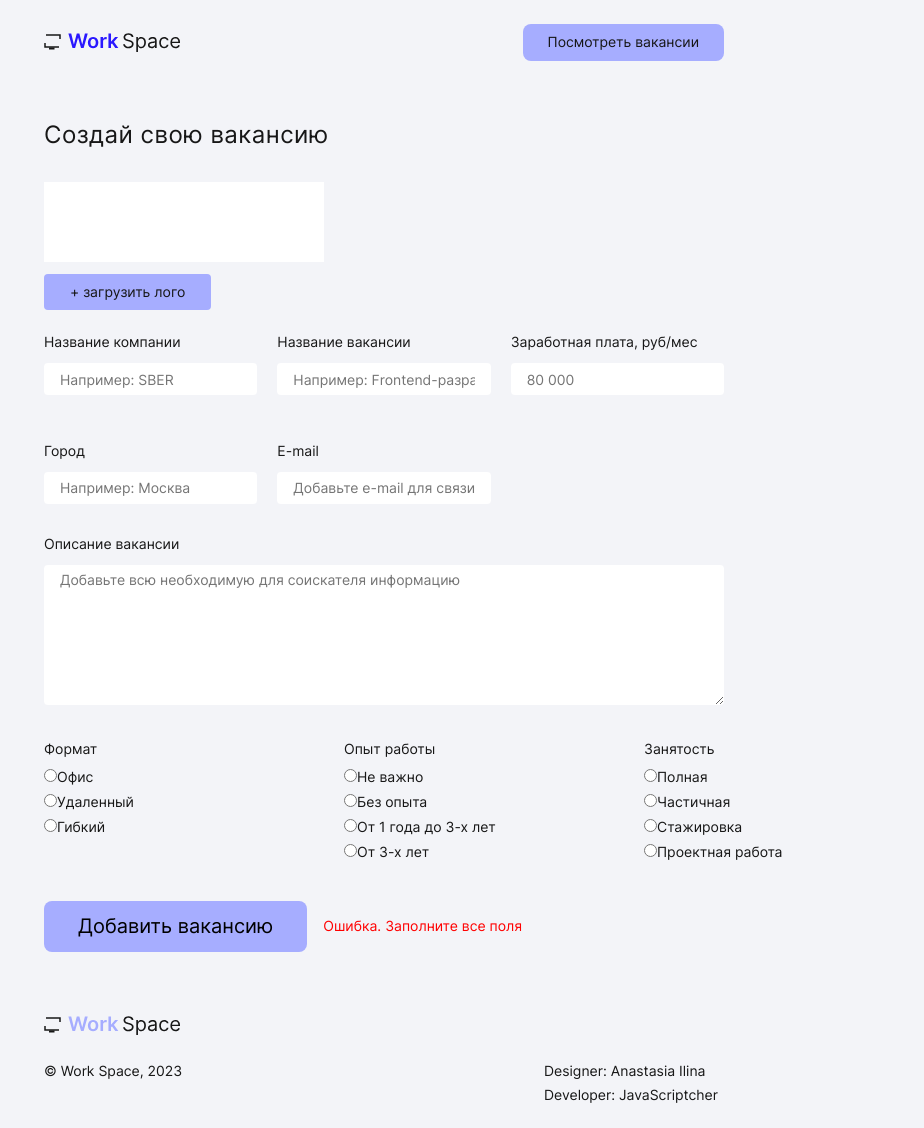
Repository: alexboagreek/workspace_js
Page: employer.html
These files come from the project's save history. The page is drawn as it stood at one moment and after the next save; the edit follows.
The browser window is 768 px wide. The page is 924 px wide, so the pictures cover 924 px, including what lies to the right of the window. The pictures show the whole page.

Above is the page before, as saved 2023-09-13 15:33:04.
Console error: TypeError: Cannot read properties of null (reading 'addEventListener')

After the next save:
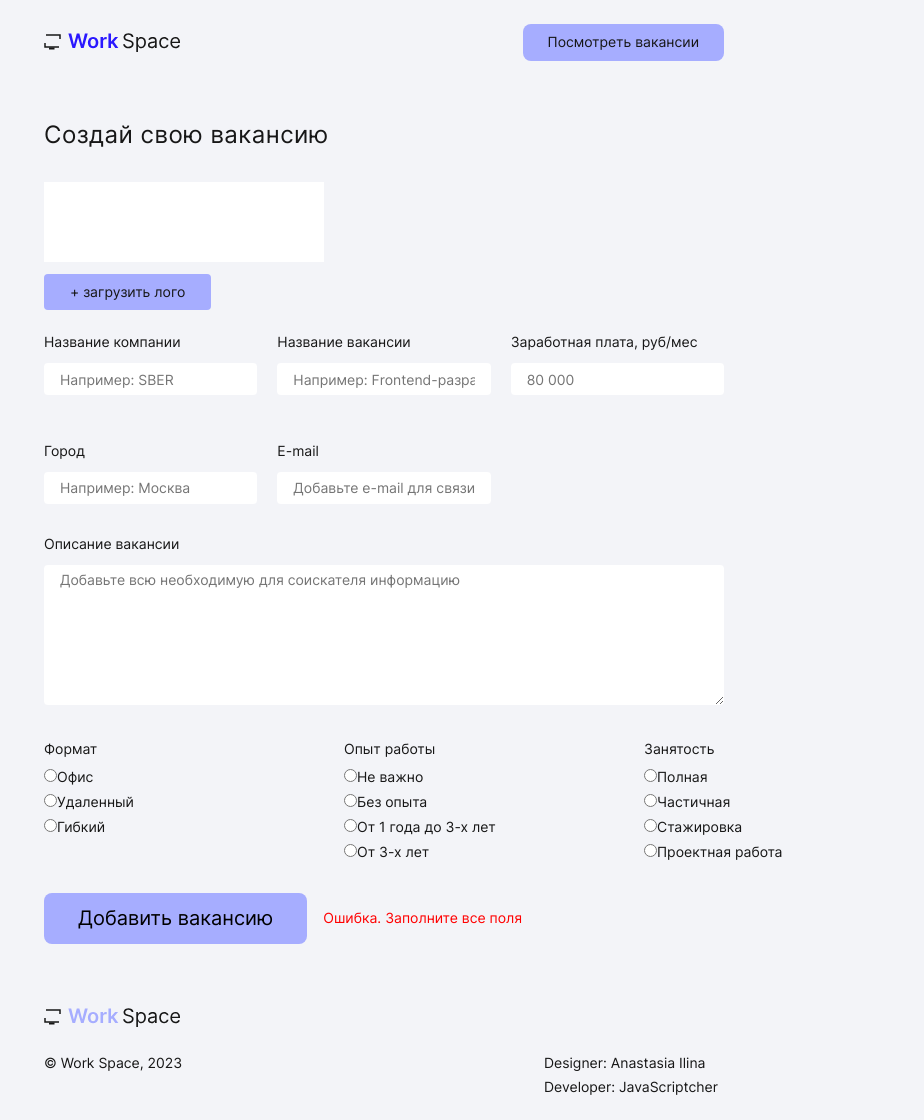
Saved 6 s later.
--- a/style/employer.css
+++ b/style/employer.css
@@ -145,5 +145,7 @@
     margin-bottom: 32px;
   }
 
-  .e
+  .employer__radio-buttons {
+    margin-bottom: 32px;
+  }
 }
